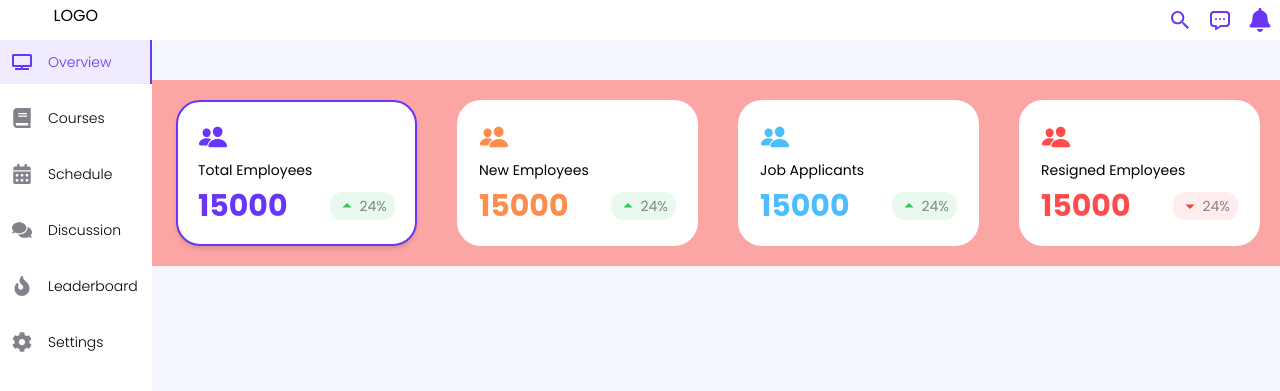
Repository: SpicierEwe/creativeio_hr_dashboard
Page: /
An editor plug-in stored every save of this project. The page is shown before and after a run of saves, followed by the edit.
The browser window is 1280 px wide. The pictures show the whole page.
The project was rebuilt for these pictures with package versions that can differ from the ones it lists, and the page was loaded fresh each time. Also part of the build but not shown: src/components/dashboard/sections/sections_2/section_2.jsx. Imported but missing from the stored project, and not drawn on this page: src/components/dashboard/sections/sections_2/charts/pie_chart.

Above is the page before, as saved 2024-06-28 23:29:49.

### public/index.html
<!DOCTYPE html>
<html lang="en">
  <head>
    <meta charset="utf-8" />
    <link rel="icon" href="%PUBLIC_URL%/favicon.ico" />
    <meta name="viewport" content="width=device-width, initial-scale=1" />
    <meta name="theme-color" content="#000000" />
    <meta
      name="description"
      content="A perfectly optmized HR Dashboard for all screens sizes to give you the best possible user experience no matter the type of screen size you use."
    />
    <link rel="apple-touch-icon" href="%PUBLIC_URL%/logo192.png" />
    <!--
      manifest.json provides metadata used when your web app is installed on a
      user's mobile device or desktop. See https://developers.google.com/web/fundamentals/web-app-manifest/
    -->
    <link rel="manifest" href="%PUBLIC_URL%/manifest.json" />
    <!--
      Notice the use of %PUBLIC_URL% in the tags above.
      It will be replaced with the URL of the `public` folder during the build.
      Only files inside the `public` folder can be referenced from the HTML.

      Unlike "/favicon.ico" or "favicon.ico", "%PUBLIC_URL%/favicon.ico" will
      work correctly both with client-side routing and a non-root public URL.
      Learn how to configure a non-root public URL by running `npm run build`.
    -->
    <title>HR Dashboard</title>
  </head>
  <body>
    <noscript>You need to enable JavaScript to run this app.</noscript>
    <div id="root"></div>
    <!--
      This HTML file is a template.
      If you open it directly in the browser, you will see an empty page.

      You can add webfonts, meta tags, or analytics to this file.
      The build step will place the bundled scripts into the <body> tag.

      To begin the development, run `npm start` or `yarn start`.
      To create a production bundle, use `npm run build` or `yarn build`.
    -->
  </body>
</html>

### src/index.css
@import url('https://fonts.googleapis.com/css2?family=Poppins:ital,wght@0,100;0,200;0,300;0,400;0,500;0,600;0,700;0,800;0,900;1,100;1,200;1,300;1,400;1,500;1,600;1,700;1,800;1,900&display=swap');


@tailwind base;
@tailwind components;
@tailwind utilities;

@layer base {
    :root {
        --color-primary: #ffffff;
        --color-secondary: #f3f6fd;
        --accent: #6835f9;
        --accent-light: #f0ebfe;

        --font-primary: #202020;
        --font-secondary: #84818A;
        --font-tertiary: #47464A;
        /* Corrected the double # */
    }

    .hide-scrollbar::-webkit-scrollbar {
        display: none;
    }

    .hide-scrollbar {
        -ms-overflow-style: none;
        /* IE and Edge */
        scrollbar-width: none;
        /* Firefox */
    }

    body {
        font-family: 'Poppins', sans-serif;
        background-color: var(--color-secondary);
    }

    h1,
    h2,
    h3,
    h4 {
        color: var(--font-primary);
    }





    p {
        color: var(--font-secondary);
    }
}

### src/App.js
import { BrowserRouter as Router, Routes, Route } from "react-router-dom";

import "./App.css";
import DashBoard from "./components/dashboard/dashboard";
import SideNav from "./components/side_nav/side_nav";
import { useRef } from "react";

function App() {
  const sideRef = useRef(null);
  return (
    <Router>
      <div className="App overflow-x-hidden ">
        <div className="flex max-w-screen-2xl w-screen">
          {/* side and top nav  */}
          <div ref={sideRef} className="">
            <SideNav />
          </div>
          {/* right content */}
          <div className="w-[100%] pt-20  ">
            <Routes>
              <Route path="/" element={<DashBoard />} />
            </Routes>
          </div>
        </div>
      </div>
    </Router>
  );
}

export default App;

### src/components/dashboard/dashboard.jsx
import Section1 from "./sections/section_1/section_1";
import Section2 from "./sections/sections_2/section_2";

function DashBoard() {
  return (
    <div>
      <div className=" ">
        <Section1 />
      </div>

      <div className="">{/* <Section2 /> */}</div>
    </div>
  );
}

export default DashBoard;

### src/components/side_nav/side_nav.jsx
import React, { useEffect, useState } from "react";

import {
  FaComments,
  FaCog,
  FaFire,
  FaCalendarAlt,
  FaBook,
  FaTv,
  FaBell,
} from "react-icons/fa";
import { IoMdSearch } from "react-icons/io";
import { TbMessageDots } from "react-icons/tb";
import { Link, redirect, useLocation } from "react-router-dom";

const menuItems = [
  { id: 1, icon: <FaTv />, label: "Overview", notifications: 0, redirect: "/" },
  {
    id: 2,
    icon: <FaBook />,
    label: "Courses",
    notifications: 0,
    redirect: "/courses",
  },
  {
    id: 3,
    icon: <FaCalendarAlt />,
    label: "Schedule",
    notifications: 2,
    redirect: "/schedule",
  },
  {
    id: 4,
    icon: <FaComments />,
    label: "Discussion",
    notifications: 0,
    redirect: "/discussion",
  },
  {
    id: 5,
    icon: <FaFire />,
    label: "Leaderboard",
    notifications: 0,
    redirect: "/leaderboard",
  },
  {
    id: 6,
    icon: <FaCog />,
    label: "Settings",
    notifications: 0,
    redirect: "/settings",
  },
];

function SideNav() {
  const [selectedNavIndex, setSelectedNavIndex] = useState(0);

  const location = useLocation();

  useEffect(() => {
    const path = location.pathname;
    const index = menuItems.findIndex((item) => item.redirect === path);
    setSelectedNavIndex(index);
  }, [location.pathname]);

  return (
    <div className="fixed">
      {/* top nav */}
      <TopNavBar />

      {/* side nav */}
      <ul className="flex flex-col fixed  gap-3 h-screen justify-between z-[999] bg-primary">
        <div className="flex flex-col  gap-3">
          {/*  LOGO images */}

          <div className="mt-1">LOGO</div>

          {/* <h2>Main Menu</h2> */}
          {menuItems.map((item, index) => {
            const isSelected = selectedNavIndex === index;
            return (
              <Link to={item.redirect}>
                <li
                  key={item.id}
                  // bg
                  className={`p-3 border-r-2 ${
                    isSelected ? "border-accent" : "border-primary"
                  } text-md cursor-pointer w-full ${
                    isSelected ? "bg-accent_light" : ""
                  } transition-all duration-200 ease-in-out`}
                  onClick={() => setSelectedNavIndex(index)}
                >
                  <div className="flex justify-between gap-10 ">
                    <div className="flex gap-4">
                      {/* item icon */}
                      <div
                        className={` text-2xl lg:text-xl ${
                          isSelected ? "text-accent" : "text-secondary"
                        }  `}
                      >
                        {item.icon}
                      </div>

                      {/* lable */}
                      <div
                        className={`hidden lg:block text-sm font-light ${
                          isSelected ? "text-accent" : ""
                        } `}
                      >
                        {item.label}
                      </div>
                    </div>
                  </div>
                </li>
              </Link>
            );
          })}
        </div>
      </ul>
    </div>
  );
}

export default SideNav;
const TopNavBar = () => {
  const icons = [<IoMdSearch />, <TbMessageDots />, <FaBell />];
  return (
    <div className="bg-primary w-screen fixed  max-w-screen-2xl">
      {/* mobile */}
      <div className="flex justify-between">
        <div></div>

        {/* icons */}
        <div className="flex">
          {icons.map((icon, index) => (
            <div
              key={index}
              className="flex justify-end p-2 text-2xl text-accent"
            >
              {icon}
            </div>
          ))}
        </div>
      </div>
    </div>
  );
};

### src/components/dashboard/sections/section_1/section_1.jsx
import { useState } from "react";
import { IoPeople } from "react-icons/io5";
import { RiArrowUpSFill } from "react-icons/ri";

function Section1() {
  const data = [
    {
      icon: <IoPeople />,
      title: "Total Employees",
      count: 15000,
      percentage: "24%",
      color: "#6835f9",
      drop: false,
    },
    {
      icon: <IoPeople />,
      title: "New Employees",
      count: 15000,
      percentage: "24%",
      color: "#fe8c4c",
      drop: false,
    },
    {
      icon: <IoPeople />,
      title: "Job Applicants",
      count: 15000,
      percentage: "24%",
      color: "#4cbefe",
      drop: false,
    },
    {
      icon: <IoPeople />,
      title: "Resigned Employees",
      count: 15000,
      percentage: "24%",
      color: "#fe4c4c",
      drop: true,
    },
  ];

  function hexToRGBA(hex, opacity) {
    let r = 0,
      g = 0,
      b = 0;
    if (hex.length === 4) {
      r = parseInt(hex[1] + hex[1], 16);
      g = parseInt(hex[2] + hex[2], 16);
      b = parseInt(hex[3] + hex[3], 16);
    } else if (hex.length === 7) {
      r = parseInt(hex[1] + hex[2], 16);
      g = parseInt(hex[3] + hex[4], 16);
      b = parseInt(hex[5] + hex[6], 16);
    }
    return `rgba(${r},${g},${b},${opacity})`;
  }

  const item = {
    color: "#ff5733", // Example color
  };

  const boxShadowColor = hexToRGBA(item.color, 0.3);
  const boxShadow = `0 4px 10px -3px ${boxShadowColor}`;
  console.log(boxShadow);

  const [selectedIndex, setSelectedIndex] = useState(0);

  return (
    <div className="hide-scrollbar flex gap-5 lg:gap-10 overflow-x-auto hide-scroll w-full p-5    xl:grid grid-cols-4  pl-[5rem] lg:pl-[11rem] bg-red-300">
      {data.map((item, index) => {
        return (
          <div
            key={index}
            onClick={() => setSelectedIndex(index)}
            className={`text-start rounded-3xl p-5 bg-primary flex flex-col items-start cursor-pointer ${
              selectedIndex === index ? `shadow-md` : ""
            } transition-all duration-200 ease-in-out `}
            style={{
              border: `2px ${
                selectedIndex === index ? item.color : "transparent"
              } solid`,
            }}
          >
            <div
              className="text-3xl"
              style={{
                color: item.color,
              }}
            >
              {item.icon}
            </div>
            <div className=" mt-2 text-sm  whitespace-nowrap">{item.title}</div>
            <div className="w-full flex gap-3 mt-2  items-center justify-between">
              <p
                className="text-3xl font-bold"
                style={{
                  color: item.color,
                }}
              >
                {item.count}
              </p>
              <div
                className="flex gap-1 items-center w-fit rounded-xl py-1 px-2"
                style={{
                  color: item.drop ? "red" : "green",
                  backgroundColor: item.drop
                    ? "rgba(254, 76, 76, 0.1)"
                    : "rgba(49, 198, 86, 0.1)",
                }}
              >
                {!item.drop ? (
                  <RiArrowUpSFill className="text-[#31c656] text-lg" />
                ) : (
                  <RiArrowUpSFill className="text-red-500 text-lg rotate-180" />
                )}
                <p className="text-sm">{item.percentage}</p>
              </div>
            </div>
          </div>
        );
      })}
    </div>
  );
}

export default Section1;

### tailwind.config.js
/** @type {import('tailwindcss').Config} */
module.exports = {
  content: ["./src/**/*.{js,jsx,ts,tsx}"],
  theme: {
    extend: {
      colors: {
        primary: "var(--color-primary)",
        secondary: "var(--color-secondary)",
        accent: "var(--accent)",
        accent_light: "var(--accent-light)",
      },
      textColor: {
        primary: "var(--font-primary)",
        secondary: "var(--font-secondary)",
        tertiary: "var(--font-tertiary)",
      },
    },
  },
  plugins: [],
};

Loaded but not shown: src/index.js (common file); src/reportWebVitals.js (common file); src/App.css (common file)

After the next 2 saves:
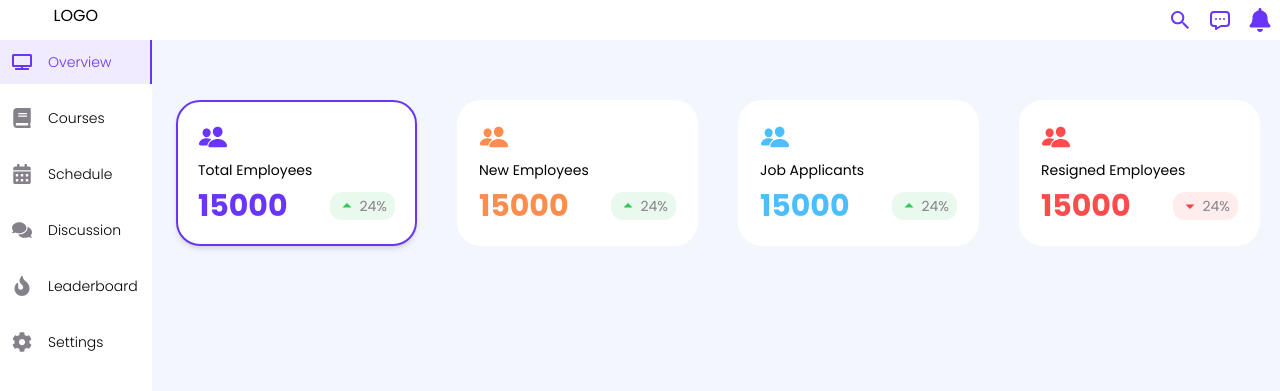
The 2 saves are shown as one change because they came seconds apart.
The last was saved 30 s later.
--- a/src/components/dashboard/sections/section_1/section_1.jsx
+++ b/src/components/dashboard/sections/section_1/section_1.jsx
@@ -65,7 +65,7 @@ function Section1() {
   const [selectedIndex, setSelectedIndex] = useState(0);
 
   return (
-    <div className="hide-scrollbar flex gap-5 lg:gap-10 overflow-x-auto hide-scroll w-full p-5    xl:grid grid-cols-4  pl-[5rem] lg:pl-[11rem] bg-red-300">
+    <div className="hide-scrollbar flex gap-5 lg:gap-10 overflow-x-auto hide-scroll w-full p-5    xl:grid grid-cols-4  pl-[5rem] lg:pl-[11rem]">
       {data.map((item, index) => {
         return (
           <div
